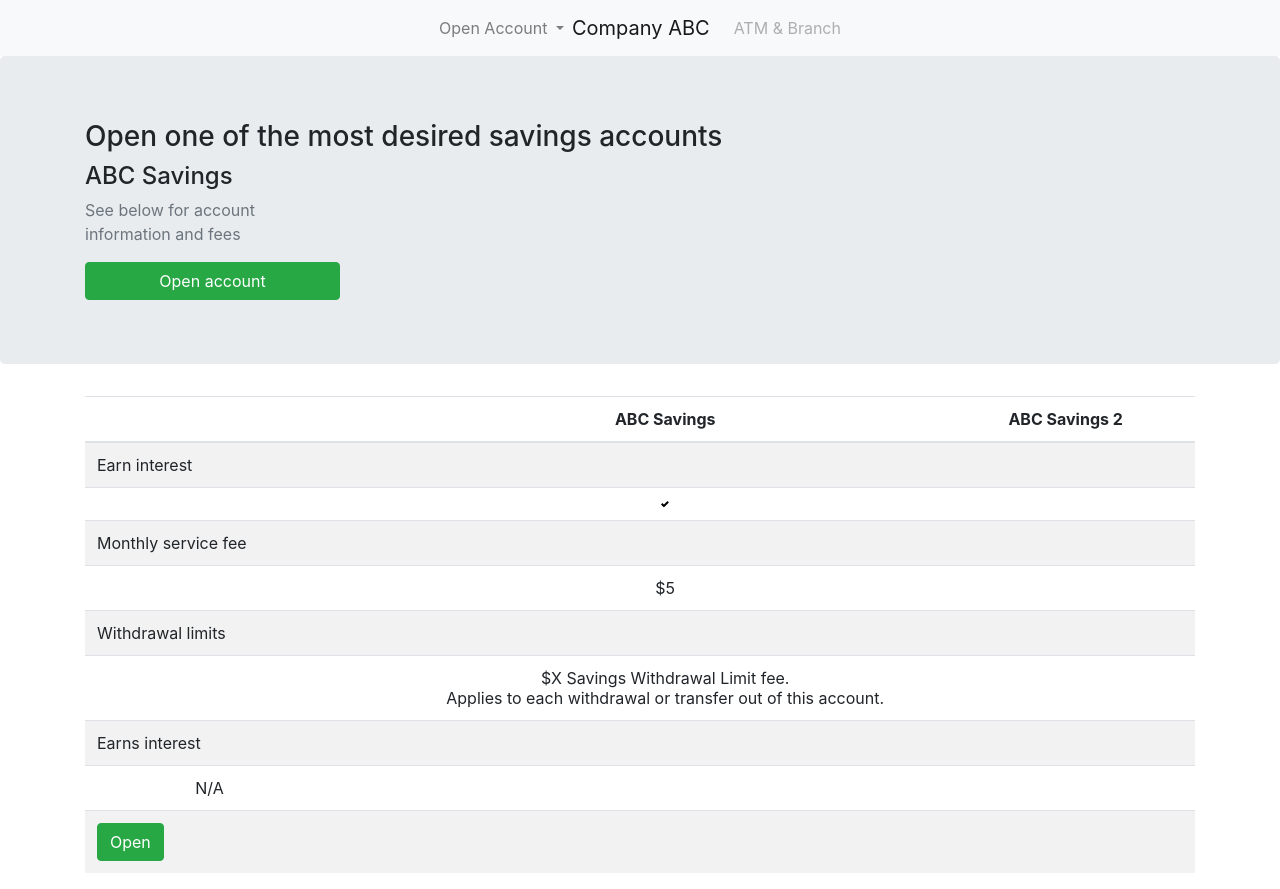
Repository: barriosan95/banking-opening-account-demo
Page: http://localhost/savings
The author's editor kept a record of every edit. The page is drawn from the files as they stood at one moment, then again after the next edit.
The browser window is 1280 px wide. The pictures show the whole page.
Some web fonts or font styles are not loaded; a fallback is used. Some web libraries are served in a nearby version. The page is served by the project's Node server (index.js).

Above is the page before.

### views/savings.ejs
<% include ./partials/header %>

<div class = "jumbotron">
    <div class ="container">
        <h3> Open one of the most desired savings accounts </h3>
        <div class ="row">
            <div class ="col-md-3">
                <h4>ABC Savings</h4>
                <p class="text-muted">See below for account information and fees</p>
                <button type="submit" class="btn btn-success btn-block">Open account</button>
            </div>
        </div>
    </div>
</div>

<div class="container mt-4 text-center">
    <table class="table table-striped">
        <thead>
            <tr>
              <th scope="col"></th>
              <th class ="text-center" scope="col">ABC Savings</th>
              <th scope="col">ABC Savings 2</th>
            </tr>
        </thead>
        <tbody>
            <tr>
              <td>Earn interest</td>
              <td></td>
              <td></td>
            </tr>
            <tr>
              <td></td>
              <td class="text-center"><img src="icons/check.svg"> </td>
              <td></td>
            </tr>
            <tr>
              <td>Monthly service fee </td>
              <td></td>
              <td></td>
            </tr>
            <tr>
              <td></td>
              <td  class="text-center" >$5</td>
              <td></td>
            </tr>
            <tr>
              <td> Withdrawal limits</td>
              <td></td>
              <td></td>
            </tr>
            <tr>
              <td></td>
              <td  class="text-center"> $X Savings Withdrawal Limit fee. <br> Applies to each withdrawal or transfer out of this account.</td>
              <td></td>
            </tr>
            <tr>
              <td> Earns interest  </td>
              <td></td>
              <td></td>
            </tr>
            <tr>
              <td class="text-center"> N/A </td>
              <td></td>
              <td></td>
            </tr>
            <tr>
              <td> <button type="submit" class="btn btn-success">Open</button> </td>
              <td></td>
              <td></td>
            </tr>
        </tbody>
    </table>
</div>

<% include ./partials/footer %>

### views/partials/header.ejs
<!DOCTYPE HTML!>
<html>

    <head>


        <!--CDN Bootstrap v4.1.3-->
        <link rel="stylesheet" href="https://stackpath.bootstrapcdn.com/bootstrap/4.1.3/css/bootstrap.min.css">
        <link rel="stylesheet" href="https://cdnjs.cloudflare.com/ajax/libs/font-awesome/4.7.0/css/font-awesome.min.css">

        <!--font -->
        <link href="https://fonts.googleapis.com/css?family=Muli:200,300,400,700,800" rel="stylesheet">

        <!--Will ensure proper responsivness on mobile devices-->
        <meta name="viewport" content="width=device-width, initial-scale=1, shrink-to-fit=no">

        <title> Banking OA Demo </title>

        <meta name="viewport" content="width=device-width, initial-scale=1, maximum-scale=1, user-scalable=no">

    </head>

    <body>

    <!--NAVBAR-->
        <nav class="navbar navbar-expand-lg navbar-light bg-light">
            <button class="navbar-toggler" type="button" data-toggle="collapse" data-target="#navbarNavDropdown" aria-controls="navbarNavDropdown" aria-expanded="false" aria-label="Toggle navigation">
                <span class="navbar-toggler-icon"></span>
            </button>

            <div class="collapse navbar-collapse" id="navbarNavDropdown">
                <ul class="navbar-nav mx-auto">
                    <li class="nav-item dropdown">
                        <a class="nav-link dropdown-toggle" href="#" id="navbarDropdown" role="button" data-toggle="dropdown">
                            Open Account
                        </a>
                        <div class="dropdown-menu" aria-labelledby="navbarDropdown">
                          <a class="dropdown-item" href="/checking">Checking Accounts</a>
                          <div class="dropdown-divider"></div>
                          <a class="dropdown-item" href="/savings">Savings Accounts </a>
                          <div class="dropdown-divider"></div>
                          <a class="dropdown-item" href="#">Money Market Accounts</a>
                          <div class="dropdown-divider"></div>
                          <a class="dropdown-item" href="#">CD and IRA's</a>

                        </div>
                    </li>
                    <a class="navbar-brand" href="/"> Company ABC </a>
                     <li class="nav-item">
                        <a class="nav-link disabled" href="#">ATM & Branch</a>
                     </li>
                </ul>
            </div>
        </nav>

### views/partials/footer.ejs

        <!--Bootstrap js scripts-->
        <script src="https://code.jquery.com/jquery-3.3.1.min.js" integrity="sha256-FgpCb/KJQlLNfOu91ta32o/NMZxltwRo8QtmkMRdAu8="crossorigin="anonymous"></script>
        <script src="https://cdnjs.cloudflare.com/ajax/libs/popper.js/1.12.9/umd/popper.min.js" integrity="sha384-ApNbgh9B+Y1QKtv3Rn7W3mgPxhU9K/ScQsAP7hUibX39j7fakFPskvXusvfa0b4Q" crossorigin="anonymous"></script>
        <script src="https://maxcdn.bootstrapcdn.com/bootstrap/4.0.0/js/bootstrap.min.js" integrity="sha384-JZR6Spejh4U02d8jOt6vLEHfe/JQGiRRSQQxSfFWpi1MquVdAyjUar5+76PVCmYl" crossorigin="anonymous"></script>
        <!--JS SCIPTs -->

        <script src="/js/forms.js"></script>
        <script src="https://cdn.jsdelivr.net/npm/jquerykeyframes@1.0.5/dist/jquery.keyframes.min.js"></script>

    </body>
</html>

### index.js
const express = require('express');


const mainRoutes = require('./routes/main');

//APP CONFIGURATIONS
var app = express();
    app.set('view engine','ejs');
    app.use(express.static("public"));
    app.use(mainRoutes);





app.listen(process.env.PORT,process.env.IP,function(){
    console.log('Server established.');
});

### routes/main.js
const express = require('express');

const router = express.Router();

router.get("/", function(req,res){
    res.render('main');
});

router.get("/checking",function(req,res){
    res.render('checking');
});

router.get("/savings",function(req,res){
    res.render('savings');
});


module.exports = router;

### public/icons/check.svg
<svg xmlns="http://www.w3.org/2000/svg" width="8" height="8" viewBox="0 0 8 8">
  <path d="M6.41 0l-.69.72-2.78 2.78-.81-.78-.72-.72-1.41 1.41.72.72 1.5 1.5.69.72.72-.72 3.5-3.5.72-.72-1.44-1.41z" transform="translate(0 1)" />
</svg>

Loaded but not shown: public/js/forms.js (no copy from this time; the picture is the same without it)

After the next edit:
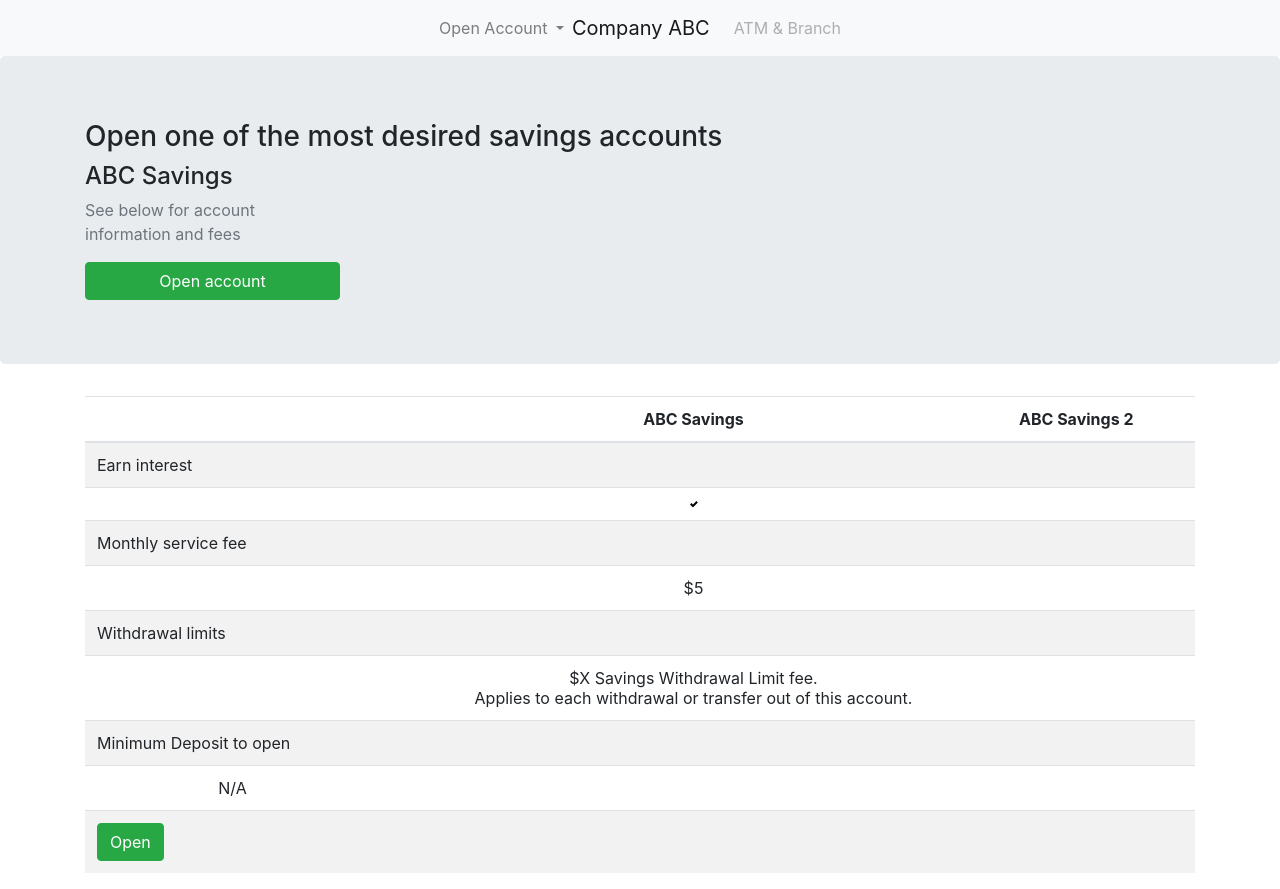
The edit:
--- a/views/savings.ejs
+++ b/views/savings.ejs
@@ -54,7 +54,7 @@
               <td></td>
             </tr>
             <tr>
-              <td> Earns interest  </td>
+              <td> Minimum Deposit to open  </td>
               <td></td>
               <td></td>
             </tr>
